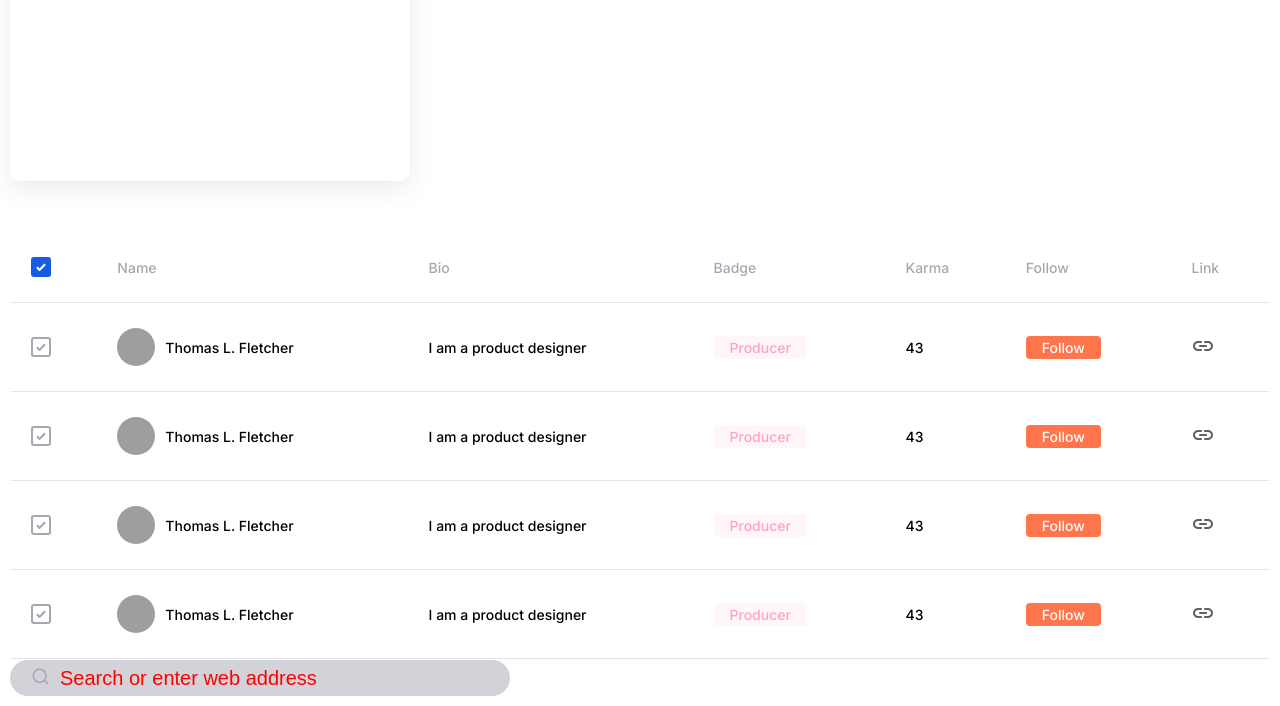
Repository: anhphapap/CSS
Page: test.html
An editor plug-in stored every save of this project. The page is shown before and after a run of saves, followed by the edit.
The browser window is 1280 px wide. The pictures show the part of the page from y = 642 to 1348 px (the page is 1348 px tall).
Pictures or frames that could not be fetched are drawn as grey boxes. A picture or video elsewhere on the page could not be fetched, so the positions and the page height are approximate.

Above is the page before, as saved 2023-04-09 22:16:14.

After the next 2 saves:
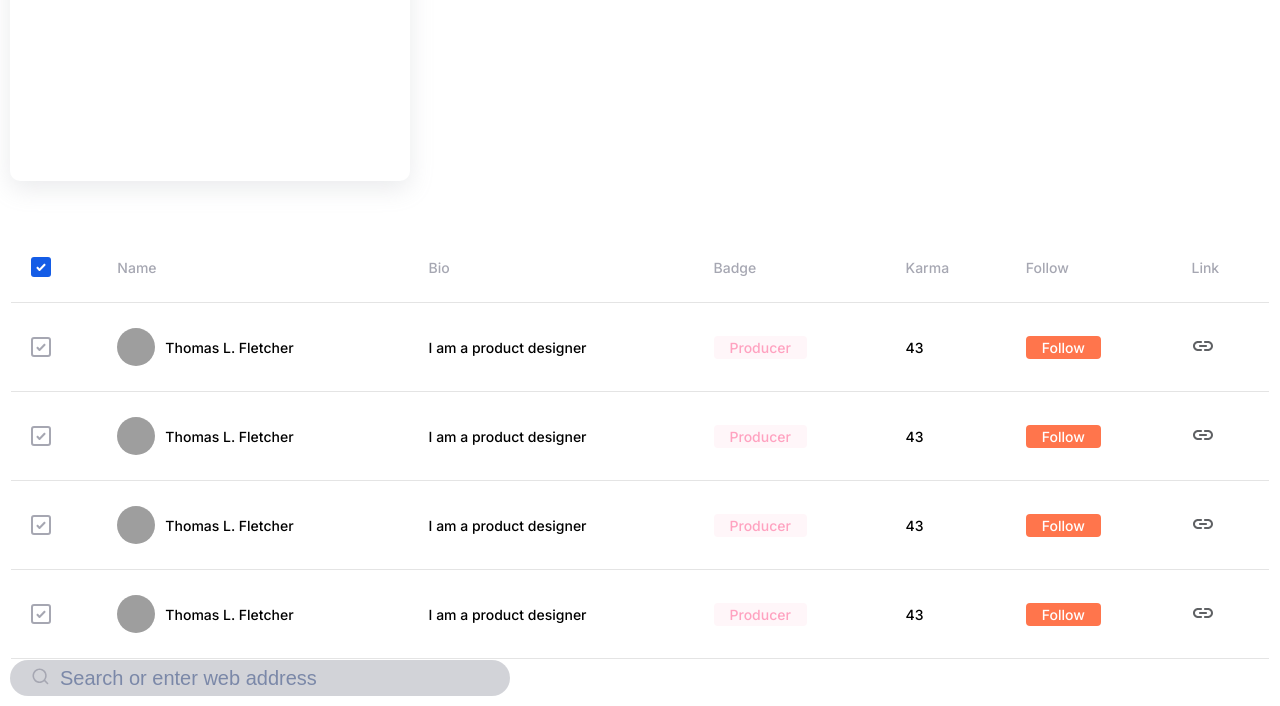
The 2 saves are shown as one change because they came seconds apart.
The last was saved 18 s later.
--- a/CSS/test.css
+++ b/CSS/test.css
@@ -404,7 +404,7 @@ td,th{
 }
 
 input::placeholder{
-    color: red;
+    color: #7B88A8;
 }
 
 .input-search:focus{
